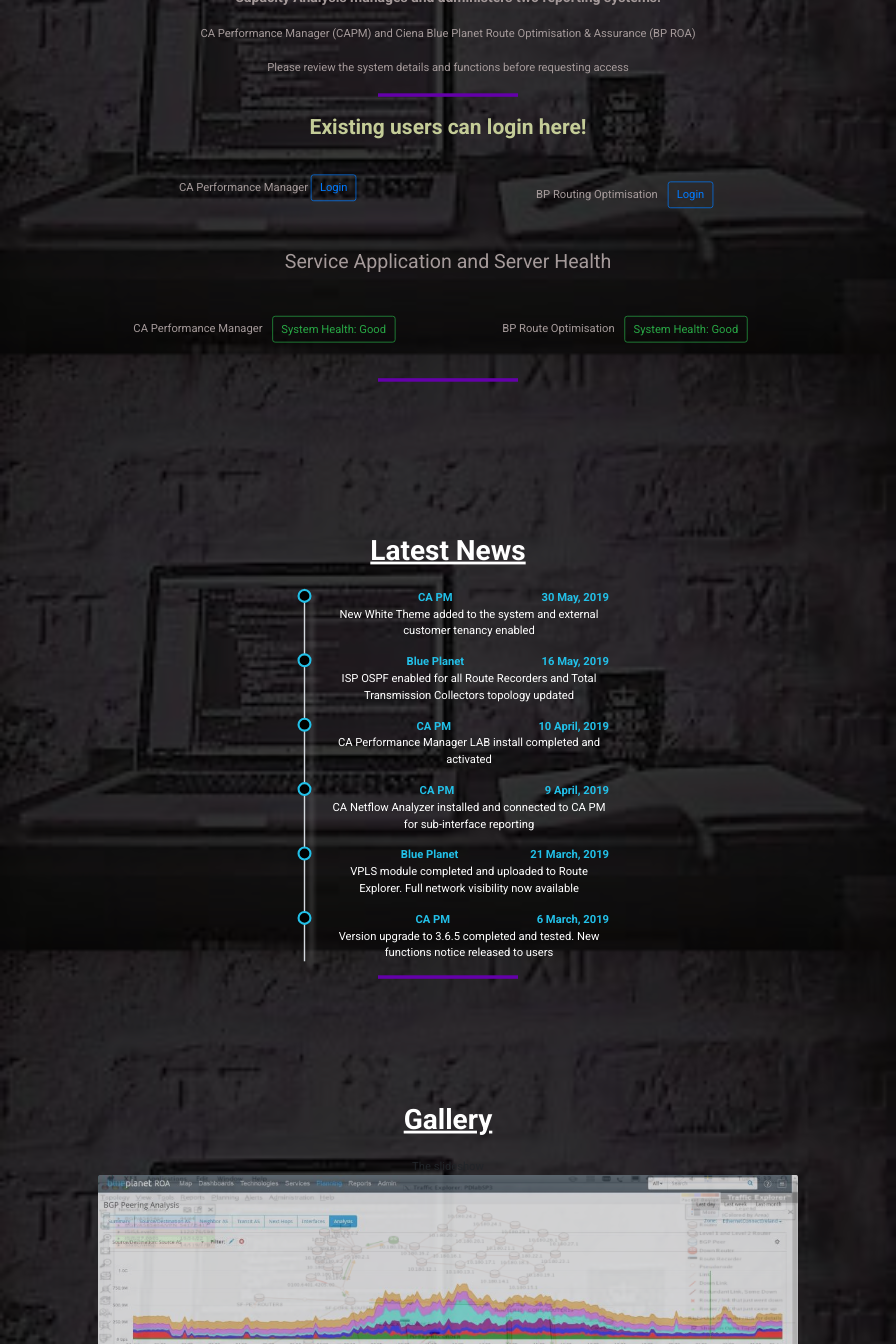
Repository: Mofarrell1967/Application-Manager
Page: index.html
The author's editor kept a record of every edit. The page is drawn from the files as they stood at one moment, then again after the next edit.
The browser window is 1280 px wide. The pictures show the part of the page from y = 345 to 2265 px (the page is 2808 px tall before and 2788 px after), at 70% of full size.
Backgrounds fixed to the window are drawn as part of the page. Some web libraries are served in a nearby version.

Above is the page before.

### index.html
<!DOCTYPE html>

<html lang="en-us">

<head>
  <meta charset="utf-8">
  <meta name="viewport" content="width=device-width, initial-scale=1.0">
  <link rel="stylesheet" href="https://maxcdn.bootstrapcdn.com/bootstrap/4.1.3/css/bootstrap.min.css">
  <link rel="stylesheet" href="https://use.fontawesome.com/releases/v5.6.1/css/all.css" integrity="sha384-gfdkjb5BdAXd+lj+gudLWI+BXq4IuLW5IT+brZEZsLFm++aCMlF1V92rMkPaX4PP" crossorigin="anonymous">
  <link rel="stylesheet" href="https://stackpath.bootstrapcdn.com/font-awesome/4.7.0/css/font-awesome.min.css" type="text/css" />
  <link href="https://fonts.googleapis.com/css?family=Roboto:400,700" rel="stylesheet">
  <link rel="stylesheet" href="assets/css/main.css" type="text/css" />
  <title>Application Manager</title>
</head>

<body>

  <!-- Nav Bar Start -->

  <nav class="navbar no-gutters fixed-top navbar-dark navbar-expand-sm current">
    <a href="index.html" class="navbar-brand" data-toggle="tooltip" title="Home">Application Manager</a>
    <ul class="navbar-nav navbar-brand"></ul>


    <button class="navbar-toggler ml-auto" type="button" data-toggle="collapse" data-target="#navbarNavDropdown" aria-controls="navbarNavDropdown" aria-expanded="false">
        <span class="navbar-toggler-icon"></span></button>

    <div class="collapse navbar-collapse" id="navbarNavDropdown">
      <ul class="navbar-nav ml-auto">
        <li class="nav-item" data-toggle="collapse" data-target=".navbar-collapse.show"><a class="nav-link scroll" href="#news">News</a></li>
        <li class="nav-item" data-toggle="collapse" data-target=".navbar-collapse.show"><a class="nav-link scroll" href="#gallery">Gallery</a></li>
        <li class="nav-item"><a class="nav-link" href="about.html">About</a></li>
        <li class="nav-item"><a class="nav-link" href="metrics.html">Metrics</a></li>
        <li class="nav-item"><a class="nav-link" href="contact.html">Contact</a></li>
      </ul>
    </div>
  </nav>

  <!-- Nav Bar End -->


  <!-- Jumbotron Start -->

  <!-- This section shows the welcome text and login & status buttons
       tooltips have been applied to the buttons as there is no back end scripting -->

  <div class="container-fluid callout-container">
    <div class="opaque-overlay">&nbsp;</div>

    <div class="row">
      <div class="col-12">
        <section class="callout jumbotron text-center">
          <h1>Network Capacity Analysis Applications.</h1>
          <h2>Application Management & Information Pages.</h2>
          <hr class="block-divider">
          <p class="lead">Capacity Analysis manages and administers two reporting systems.
            <p class="main">CA Performance Manager (CAPM) and Ciena Blue Planet Route Optimisation & Assurance (BP ROA) </p>
            <p class="main">Please review the system details and functions before requesting access</p>
            <hr class="block-divider">

            <h3 class="status">Existing users can login here!</h3>
            <div class="form-group row">
              <div class="col-md-6">
                <p class="main">CA Performance Manager <button type="button" class="btn btn-outline-primary" data-toggle="tooltip" title="Login is currently disabled until API is completed in next release">Login</button>
              </div>
              <div class="col-md-6">
                <p class="main">BP Routing Optimisation <button type="button" class="btn btn-outline-primary" data-toggle="tooltip" title="Login is currently disabled until API is completed in next release" style="margin:10px;">Login</button>
              </div>
            </div>

            <h3 class="main">Service Application and Server Health</h3>

            <div class="form-group row">
              <div class="col-md-6">
                <p class="main">CA Performance Manager <button type="button" class="btn btn-outline-success" data-toggle="tooltip" title="Status updates will be automated at next release" style="margin:10px;">System Health: Good</button>
              </div>
              <div class="col-md-6">
                <p class="main">BP Route Optimisation <button type="button" class="btn btn-outline-success" data-toggle="tooltip" title="Status updates will be automated at next release" style="margin:10px;">System Health: Good</button>
              </div>
            </div>
            <hr class="block-divider">


            <!-- Latest News Section Start -->


            <section-news id="news">
              <div class="col-md-6 mt-5 offset-md-3">
                <h1 class="news">Latest News</h1>

                <ul class="timeline">
                  <li>
                    <span class="nheaders">CA PM </span><span class="nheaders float-right"> 30 May, 2019</span>
                    <p>New White Theme added to the system and external customer tenancy enabled</p>
                  </li>
                  <li>
                    <span class="nheaders">Blue Planet </span><span class="nheaders float-right"> 16 May, 2019</span>
                    <p>ISP OSPF enabled for all Route Recorders and Total Transmission Collectors topology updated</p>
                  </li>
                  <li>
                    <span class="nheaders">CA PM </span><span class="nheaders float-right"> 10 April, 2019</span>
                    <p>CA Performance Manager LAB install completed and activated</p>
                  </li>
                  <li>
                    <span class="nheaders">CA PM </span><span class="nheaders float-right"> 9 April, 2019</span>
                    <p>CA Netflow Analyzer installed and connected to CA PM for sub-interface reporting</p>
                  </li>
                  <li>
                    <span class="nheaders">Blue Planet </span><span class="nheaders float-right"> 21 March, 2019</span>
                    <p>VPLS module completed and uploaded to Route Explorer. Full network visibility now available</p>
                  </li>
                  <li>
                    <span class="nheaders">CA PM </span><span class="nheaders float-right"> 6 March, 2019</span>
                    <p>Version upgrade to 3.6.5 completed and tested. New functions notice released to users</p>
                  </li>

                </ul>
                <hr class="block-divider">
              </div>
            </section-news>

            <!-- Latest News Section End -->



            <!-- Gallery Section Start -->

            <section-gallery id="gallery">
              <div id="btcarousel" class="carousel slide carousel-fade mt-5" data-ride="carousel">
                <h1 class="gallery">Gallery</h1>


                <!-- Indicators -->
                <ul class="carousel-indicators">
                  <li data-target="#btcarousel" data-slide-to="0" class="active"></li>
                  <li data-target="#btcarousel" data-slide-to="1"></li>
                  <li data-target="#btcarousel" data-slide-to="2"></li>
                  <li data-target="#btcarousel" data-slide-to="3"></li>
                  <li data-target="#btcarousel" data-slide-to="4"></li>
                  <li data-target="#btcarousel" data-slide-to="5"></li>
                  <li data-target="#btcarousel" data-slide-to="6"></li>
                  <li data-target="#btcarousel" data-slide-to="7"></li>
                  <li data-target="#btcarousel" data-slide-to="8"></li>
                  <li data-target="#btcarousel" data-slide-to="9"></li>
                  <li data-target="#btcarousel" data-slide-to="10"></li>
                  <li data-target="#btcarousel" data-slide-to="11"></li>
                  <li data-target="#btcarousel" data-slide-to="12"></li>
                  <li data-target="#btcarousel" data-slide-to="13"></li>
                  <li data-target="#btcarousel" data-slide-to="14"></li>
                  <li data-target="#btcarousel" data-slide-to="15"></li>
                  <li data-target="#btcarousel" data-slide-to="16"></li>
                  <li data-target="#btcarousel" data-slide-to="17"></li>
                </ul>


                The slideshow
                <div class="carousel-inner">
                  <div class="carousel-item active">
                    <img src="assets/images/bp-analysis.jpg" alt="1" class="img-fluid rounded">
                    <h6 class="image-labels"> Blue Planet Analysis</h6>
                  </div>
                  <div class="carousel-item">
                    <img src="assets/images/bp-routing-map.png" alt="2" class="img-fluid rounded">
                    <h6 class="image-labels"> Blue Planet Routing Map</h6>
                  </div>
                  <div class="carousel-item">
                    <img src="assets/images/bp-service-overview.jpg" alt="3" class="img-fluid rounded">
                    <h6 class="image-labels"> Blue Planet Service Overview</h6>
                  </div>
                  <div class="carousel-item">
                    <img src="assets/images/bp-service.jpg" alt="4" class="img-fluid rounded">
                    <h6 class="image-labels"> Blue Planet Service</h6>
                  </div>
                  <div class="carousel-item">
                    <img src="assets/images/bp-topology.png" alt="5" class="img-fluid rounded">
                    <h6 class="image-labels"> Blue Planet Topology</h6>
                  </div>
                  <div class="carousel-item">
                    <img src="assets/images/ca-overview.jpg" alt="6" class="img-fluid rounded">
                    <h6 class="image-labels"> CA PM Overview</h6>
                  </div>
                  <div class="carousel-item">
                    <img src="assets/images/bp-traffic-performance.jpg" alt="7" class="img-fluid rounded">
                    <h6 class="image-labels"> Blue Planet Traffic Performance</h6>
                  </div>
                  <div class="carousel-item">
                    <img src="assets/images/bp-traffic-report.png" alt="8" class="img-fluid rounded">
                    <h6 class="image-labels"> Blue Planet Traffic Report</h6>
                  </div>
                  <div class="carousel-item">
                    <img src="assets/images/ca-polling.jpg" alt="9" class="img-fluid rounded">
                    <h6 class="image-labels"> CA PM Polling Status</h6>
                  </div>
                  <div class="carousel-item">
                    <img src="assets/images/ca-summary.jpg" alt="10" class="img-fluid rounded">
                    <h6 class="image-labels"> CA PM Summary</h6>
                  </div>
                  <div class="carousel-item">
                    <img src="assets/images/ca-group-trend.jpg" alt="11" class="img-fluid rounded">
                    <h6 class="image-labels"> CA PM Group Trend</h6>
                  </div>
                  <div class="carousel-item">
                    <img src="assets/images/ca-interface.jpg" alt="12" class="img-fluid rounded">
                    <h6 class="image-labels"> CA PM Interface</h6>
                  </div>
                  <div class="carousel-item">
                    <img src="assets/images/ca-map.png" alt="13" class="img-fluid rounded">
                    <h6 class="image-labels"> CA PM Map</h6>
                  </div>
                  <div class="carousel-item">
                    <img src="assets/images/ca-status-card.jpg" alt="14" class="img-fluid rounded">
                    <h6 class="image-labels"> CA PM Status Card</h6>
                  </div>
                  <div class="carousel-item">
                    <img src="assets/images/capacity-planning.jpg" alt="15" class="img-fluid rounded">
                    <h6 class="image-labels"> Blue Planet Capacity Planning</h6>
                  </div>
                  <div class="carousel-item">
                    <img src="assets/images/device-health.jpg" alt="16" class="img-fluid rounded">
                    <h6 class="image-labels"> CA PM Device Health</h6>
                  </div>
                  <div class="carousel-item">
                    <img src="assets/images/executive.jpg" alt="17" class="img-fluid rounded">
                    <h6 class="image-labels"> Blue Planet Executive Summary</h6>
                  </div>
                </div>
                <hr class="block-divider">
              </div>
            </section-gallery>

            <!-- Gallery Section End -->

        </section>
      </div>
    </div>
  </div>

  <!-- Jumbotron End -->



  <!-- Footer Modal Start -->


  <div class="modal" tabindex="-1" role="dialog" id="PPModal">
    <div class="modal-dialog modal-dialog-scrollable">
      <div class="modal-content">
        <div class="modal-header">
          <h5 class="modal-title">Legal Notice & Privacy Policy</h5>
          <button type="button" class="close" data-dismiss="modal" aria-label="Close">
          <span aria-hidden="true">&times;</span>
        </button>
        </div>
        <div class="modal-body">
          <h3>General Disclaimer</h3>

          <p>BT has taken every effort to ensure the content accuracy of website, but neither BT nor its contractors accept responsibility for any errors or omissions in such content.</p>
          <p>Neither BT nor any third party who provides content to this website shall liable in respect of the content or its accuracy. You, the User, access the site and use the content, products and services at your own risk.</p>
          <p>BT disclaims all responsibility and liability of any description including liability for negligence, incidental or consequential damages and or loss (to include loss of profits, loss of use or loss of data) suffered by any person acting or refraining
            from acting as a result of or in connection with material on this website to include any reliance placed by such person on such material, or the viewing , use or performance of this website or its contents, whether with the required authority
            or otherwise.
            <p>BT may at any time revise, amend, alter or delete this information without liability.</p>
            <p>This website is governed, interpreted and construed in accordance with the law in the Republic of Ireland, whose courts have exclusive jurisdiction over any disputes or actions arising on this website</p>
            <h3>ComReg Code for Tariff Presentation</h3>
            <p>BT is required to adhere to the principles set out in the ComReg Code for Tariff Presentation. This Code requires the presentation of accurate and comprehensive tariff information that is accessible to the consumer. BT complies with the Code,
              a full copy of which can be accessed on the ComReg website.</p>
            <h3>Privacy Notice</h3>
            <h4>Who is BT?</h4>
            <p> BT Communications Ireland Limited (‘BT’) is a wholly owned subsidiary of BT Group plc, and a fully integrated division of BT Major and Public Sector. BT Communications Ireland Limited, trading as BT or BT Ireland, is registered in Ireland
              under number company registration number 141524 and its registered address is BT, Grand Canal Plaza, Upper Grand Canal Street, Dublin 4, Republic of Ireland, Tel: +353 1 432 5000 Freephone: 1800 923 222</p>
            <h4>Why does BT have a Privacy Notice?</h4>
            <p>At BT, we take privacy very seriously. Protecting your information and respecting your privacy is fundamental to the way we do things. If you want to know more about how we collect and use your personal information in different situations,
              have a look at the dedicated sections of the Privacy Centre here www.btplc.com/privacycentre/index.htm</p>
            <p>Please read the policies in the Privacy Centre along with the terms and conditions of any particular service you’re using. We may change the policies in our Privacy Centre from time to time. We’ll publish any new policies on our Privacy Centre,
              any other relevant websites and our terms and conditions (if applicable).By visiting and browsing our website and using our services you indicate your agreement to our use of your personal information as set out in this Privacy Policy. We
              may change our privacy policy from time to time.</p>
            <h4>What is not covered by the Privacy notice?</h4>
            <p>Third party sites, applications and social media, including products and services that you can link to from our websites aren’t covered by the policies in our Privacy Centre, so we urge you to be careful when you enter any personal information
              online or use applications and social media features. You should review the privacy policy of such sites before providing your personal information. As we don’t control those third party sites and their practices, we don’t accept any responsibility
              or liability for these sites.</p>
            <h4>What about when I visit your websites?</h4>
            <p>For details about information we collect when you visit our websites and the cookies we use please click the link here http://www.btplc.com/privacycentre/Onlineprivacy/index.htm.</p>
            <h4>How can I find out what personal information BT holds about me and change it if inaccurate?</h4>
            <p>If you want a copy of your billing information, log on to your MyBT online account or you can contact BT Ireland by phone, at Tel: 1800 924 929 or at the addresses listed below. BT Ireland, 2 Grand Canal Plaza, Upper Grand Canal Street, Dublin
              4.Alternatively you can contact us through our online Customer Enquiry form. (You must be the account holder to ask for this information.) If you want to see what contact information we hold about you, you can also log in to your account.
              It’s quick and simple to access it this way. You can also ask us for a copy of the information we hold about you using our online form here. Or write to us at BT to the Data Protection Manager, BT Ireland, 2 Grand Canal Plaza, Upper Grand
              Canal Street, Dublin 4. If you work for one of our corporate customers, please ask your employer – they’ll ask for this on your behalf. It will normally take us up to one month to get back to you but could take longer (up to a further two
              months) if it’s a complicated request or we get a lot of requests at once. We’ll reply electronically unless you ask us to send the information by post.</p>
        </div>
        <button type="button" class="btn btn-danger" data-dismiss="modal">Close</button>
      </div>
    </div>
  </div>



  <!-- Footer Modal End -->



  <!-- Page Footer Start -->


  <footer class="container-fluid footer text-center">

    <div class="row">
      <div class="col-sm-4">
        <h5 class="uppercase">BT Legal Notice & Privacy Policy</h5>
        <p class="inline-block">
          Click to view.
          <button class="btn btn-sm" data-toggle="modal" data-target="#PPModal">Open</button></p>
      </div>
      <div class="d-none d-sm-block col-sm-4">
        <h5 class="uppercase">BT Website</h5>
        <a target="_blank" href="https://btireland.com/"><img src="assets/images/bt.jpg" class="rounded-circle mr-3" height=50 width=70 alt="No Image available/"></a>
      </div>
      <div class="col-sm-4">
        <h5 class="uppercase">BT Social Links</h5>
        <ul class="list-inline sm-links">
          <li class="list-inline-item">
            <a target="_blank" href="https://twitter.com/btinireland">
                            <i class="fa fa-twitter" aria-hidden="true"></i>
                            <span class="sr-only">Twitter</span></a>
          </li>
          <li class="list-inline-item">
            <a target="_blank" href="https://www.linkedin.com/company/bt-ireland">
                            <i class="fa fa-linkedin" aria-hidden="true"></i>
                            <span class="sr-only">LinkedIn</span> </a>
          </li>
        </ul>
      </div>
    </div>
  </footer>

  <!-- Page Footer End -->



  <!-- Script Start -->

  <script src="https://code.jquery.com/jquery-3.3.1.slim.min.js" integrity="sha384-q8i/X+965DzO0rT7abK41JStQIAqVgRVzpbzo5smXKp4YfRvH+8abtTE1Pi6jizo" crossorigin="anonymous"></script>
  <script src="https://cdnjs.cloudflare.com/ajax/libs/popper.js/1.14.3/umd/popper.min.js" integrity="sha384-ZMP7rVo3mIykV+2+9J3UJ46jBk0WLaUAdn689aCwoqbBJiSnjAK/l8WvCWPIPm49" crossorigin="anonymous"></script>
  <script src="https://stackpath.bootstrapcdn.com/bootstrap/4.1.3/js/bootstrap.min.js" integrity="sha384-ChfqqxuZUCnJSK3+MXmPNIyE6ZbWh2IMqE241rYiqJxyMiZ6OW/JmZQ5stwEULTy" crossorigin="anonymous"></script>

  <!-- Smooth Scroll courtesy of github/cferdinandi -->
  <script src="assets/js/smooth-scroll.min.js"></script>
  <script>
    var scroll = new SmoothScroll('a[href*="#"]');
  </script>

  <!-- Script End -->

  <!-- Tooltip Script Start -->
  <script>
    $(function() {
      $('[data-toggle="tooltip"]').tooltip()
    })

    $(function() {
      $('[data-toggle="popover"]').popover()
    })
  </script>

  <!-- Tooltip Script End -->


 <!-- Menu Coloring Script Start -->


  <script>
    $(function() {
      $('li a').click(function() {
        $('li a').each(function(a) {
          $(this).removeClass('selectedclass')
        });
        $(this).addClass('selectedclass');
      });

      $('ul a').click(function() {
        $('ul a').each(function(a) {
          $(this).removeClass('selectedclass')
        });
        $(this).addClass('selectedclass');
      });
    });
  </script>

  <!-- Menu Coloring Script End -->

</body>

</html>

Loaded but not shown: assets/js/smooth-scroll.min.js (library); assets/css/main.css (318 lines, source omitted)

After the next edit:
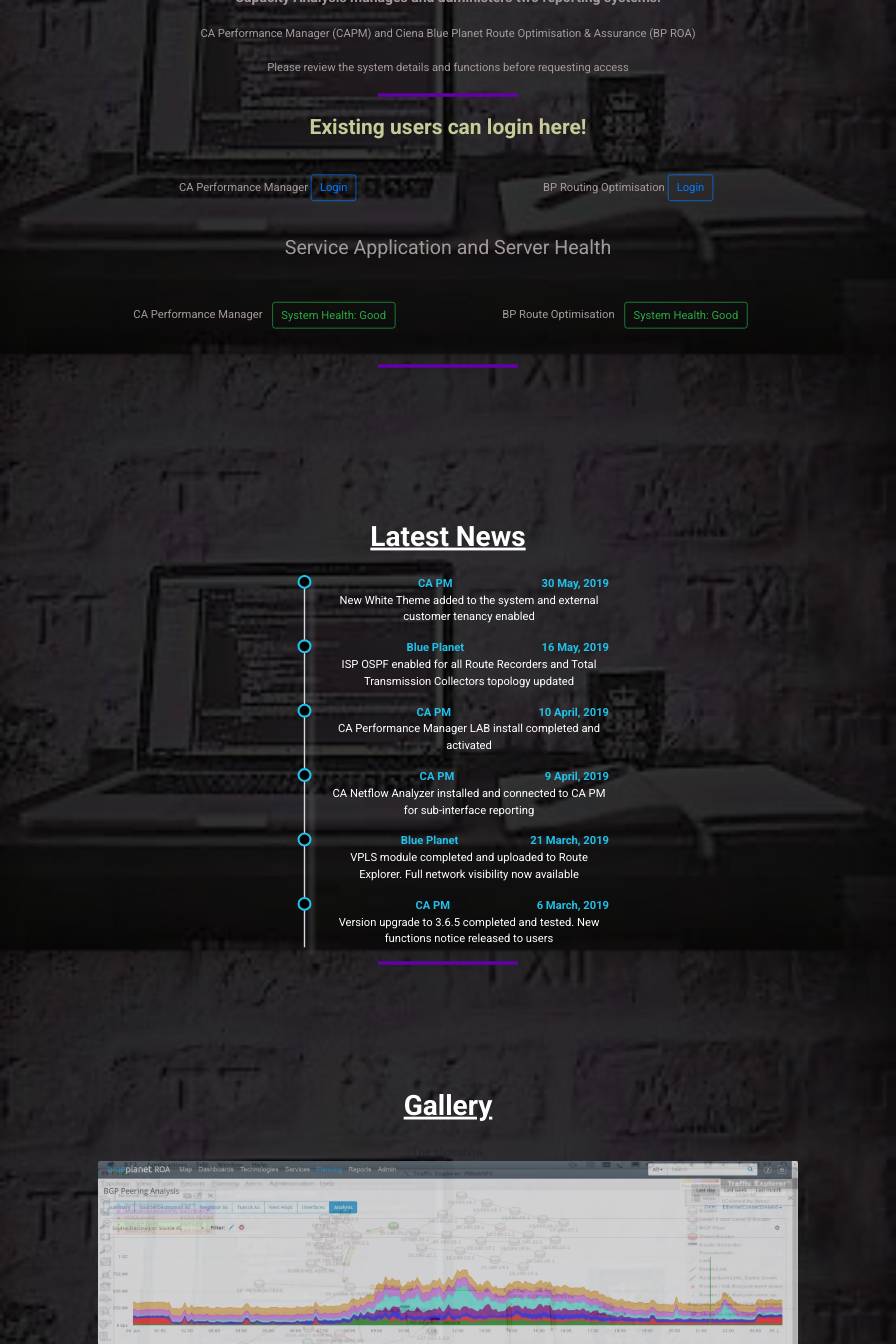
The edit:
--- a/index.html
+++ b/index.html
@@ -64,7 +64,7 @@
                 <p class="main">CA Performance Manager <button type="button" class="btn btn-outline-primary" data-toggle="tooltip" title="Login is currently disabled until API is completed in next release">Login</button>
               </div>
               <div class="col-md-6">
-                <p class="main">BP Routing Optimisation <button type="button" class="btn btn-outline-primary" data-toggle="tooltip" title="Login is currently disabled until API is completed in next release" style="margin:10px;">Login</button>
+                <p class="main">BP Routing Optimisation <button type="button" class="btn btn-outline-primary" data-toggle="tooltip" title="Login is currently disabled until API is completed in next release">Login</button>
               </div>
             </div>
 
